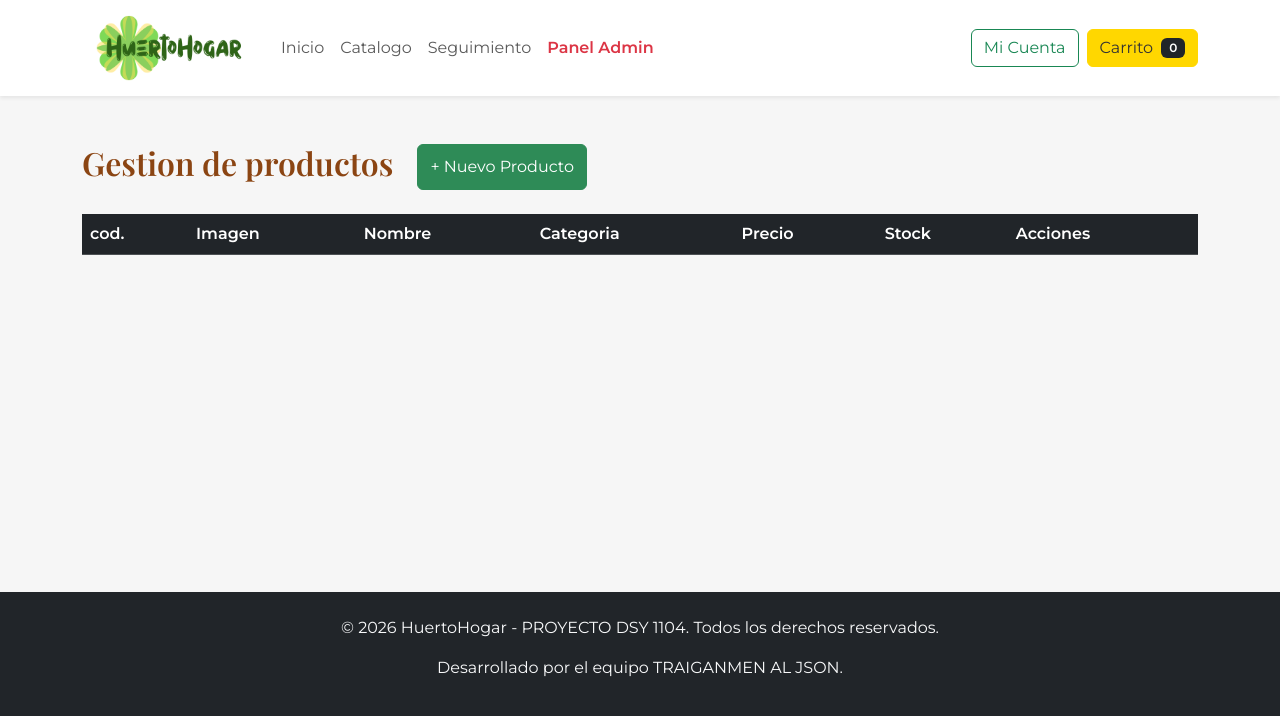
Repository: RottZen/Ev_1_Huerto_Hogar
Page: 8_admin/admin.html
The author's editor kept a copy of each file at every save. The page is drawn from the files as they stood at one save, then again after the next save.
The browser window is 1280 px wide. The pictures show the whole page.

Above is the page before, as saved 2026-09-09 00:09:36.
Console error: SyntaxError: Unexpected token '>>>'

After the next save:
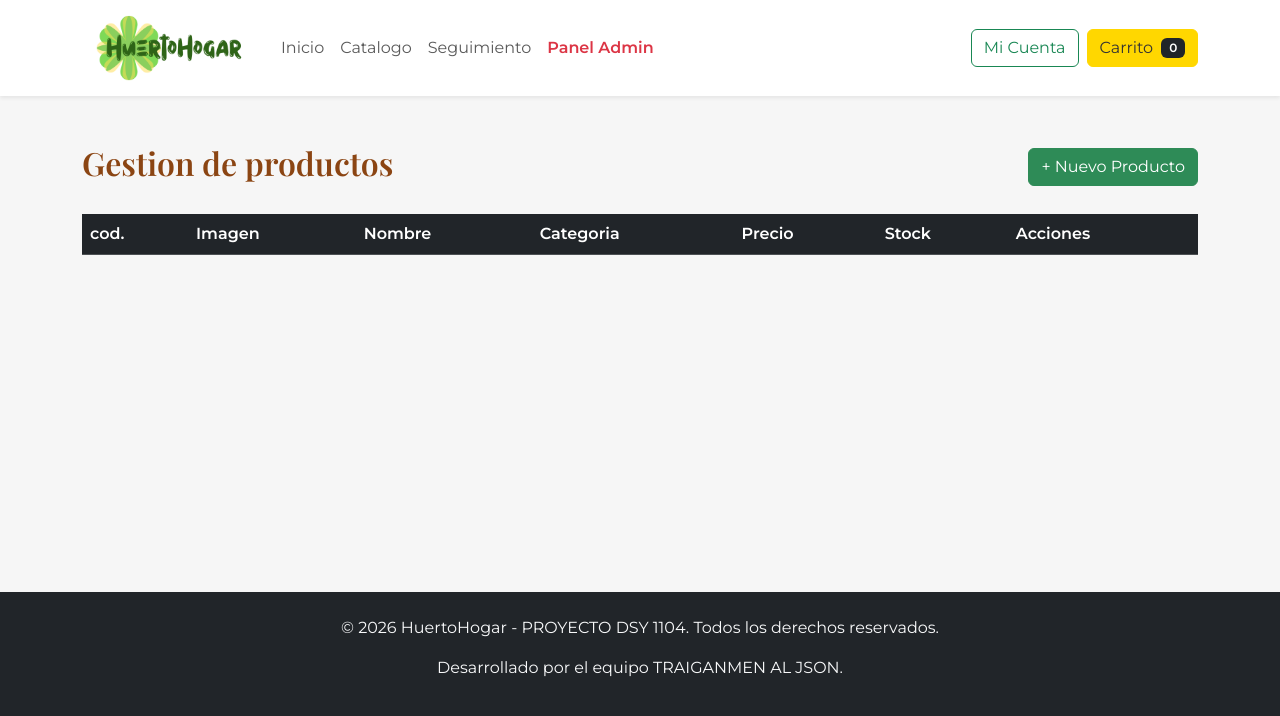
Saved 2 min 15 s later.
--- a/8_admin/admin.html
+++ b/8_admin/admin.html
@@ -42,7 +42,7 @@
 
     <!-- MAIN CONTENEDOR DINAMICO -->
     <main class="container my-5 flex-grow-1">
-        <div class="d-flex justify-content-vetween align-item-center mb-4">
+        <div class="d-flex justify-content-between align-items-center mb-4">
             <h2>Gestion de productos</h2>
             <button class="btn btn-primary ms-4">+ Nuevo Producto</button>
         </div>
